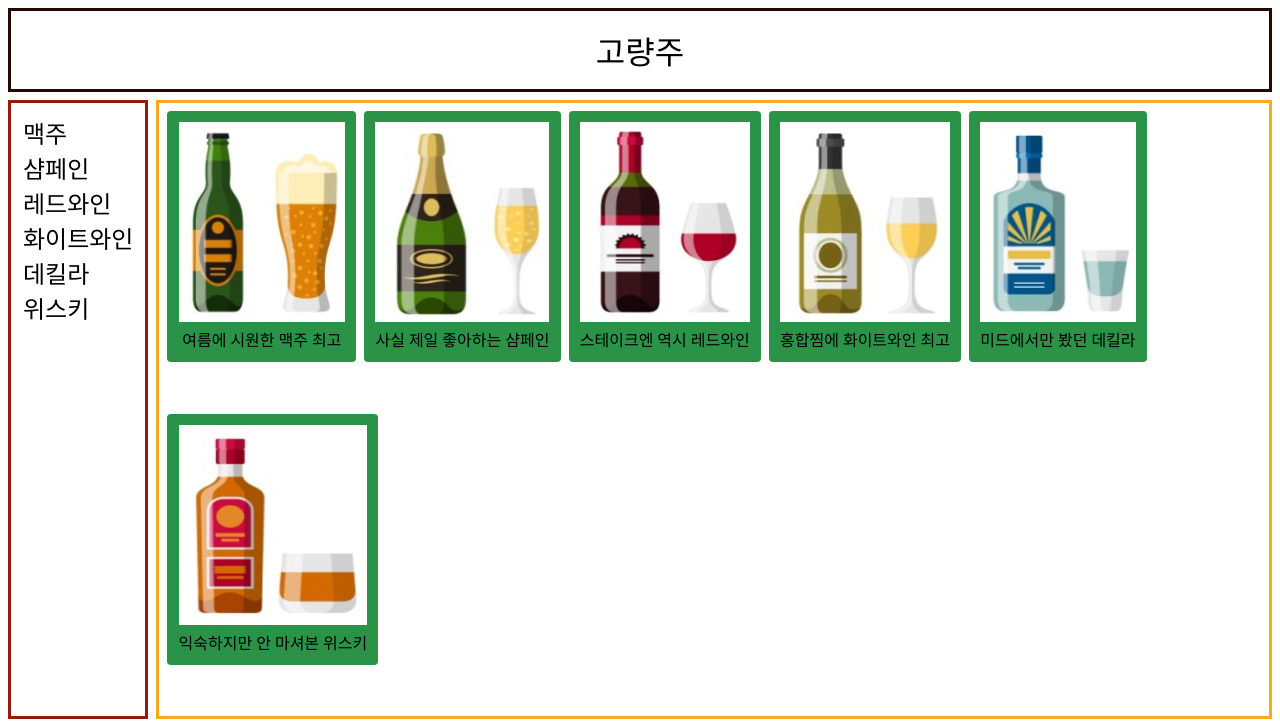
Repository: Jay-JYKim91/grj_2nd_week
Page: index.html
An editor plug-in stored every save of this project. The page is shown before and after the next save, followed by the edit.
The browser window is 1280 px wide. The pictures show the whole page.
Some web fonts or font styles are not loaded; a fallback is used.

Above is the page before, as saved 2022-05-03 14:53:13.

### index.html
<!DOCTYPE html>
<html lang="en">
<head>
    <meta charset="UTF-8">
    <meta http-equiv="X-UA-Compatible" content="IE=edge">
    <meta name="viewport" content="width=device-width, initial-scale=1.0">
    <title>Document</title>
    <link rel="stylesheet" href="./styles.css">
</head>
<body>
    <header>
        <span>고량주</span>
    </header>
    <main>
        <aside>
            <span>맥주</span>
            <span>샴페인</span>
            <span>레드와인</span>
            <span>화이트와인</span>
            <span>데킬라</span>
            <span>위스키</span>
        </aside>
        <section class="cards">
            <div class="card">
                <img src="./images/beer.png" alt="beer">
                <span>여름에 시원한 맥주 최고</span>
            </div>
            <div class="card">
                <img src="./images/champagne.png" alt="champagne">
                <span>사실 제일 좋아하는 샴페인</span>
            </div>
            <div class="card">
                <img src="./images/red_wine.png" alt="red_wine">
                <span>스테이크엔 역시 레드와인</span>
            </div>
            <div class="card">
                <img src="./images/white_wine.png" alt="white_wine">
                <span>홍합찜에 화이트와인 최고</span>
            </div>
            <div class="card">
                <img src="./images/tequila.png" alt="tequila">
                <span>미드에서만 봤던 데킬라</span>
            </div>
            <div class="card">
                <img src="./images/whiskey.png" alt="whiskey">
                <span>익숙하지만 안 마셔본 위스키</span>
            </div>
        </section>
    </main>
</body>
</html>

### styles.css
@import url("https://fonts.googleapis.com/css2?family=Hahmlet:wght@400;500&display=swap");

* {
  box-sizing: border-box;
  font-family: "Hahmlet", serif;
}

header {
  border: 3px solid #220901;
  padding: 0.5em;
  font-size: 2rem;
  text-align: center;
}

main {
  display: flex;
  margin: 0.5rem 0;
  gap: 0.5rem;
}

aside {
  display: flex;
  flex-direction: column;
  border: 3px solid #941b0c;
  padding: 0.5em;
  font-size: 1.5rem;
  min-width: max-content;
}

.cards {
  display: flex;
  flex-wrap: wrap;
  border: 3px solid #f6aa1c;
  padding: 0.5em;
  gap: 0.5em;
  overflow-y: scroll;
  height: 86vh;
  width: 100%;
}

.card {
  display: flex;
  flex-direction: column;
  background-color: #2b9348;
  padding: 0.7em;
  text-align: center;
  height: fit-content;
  border-radius: 4px;
}

.card img {
  height: 200px;
  margin-bottom: 0.3em;
}

After the next save:
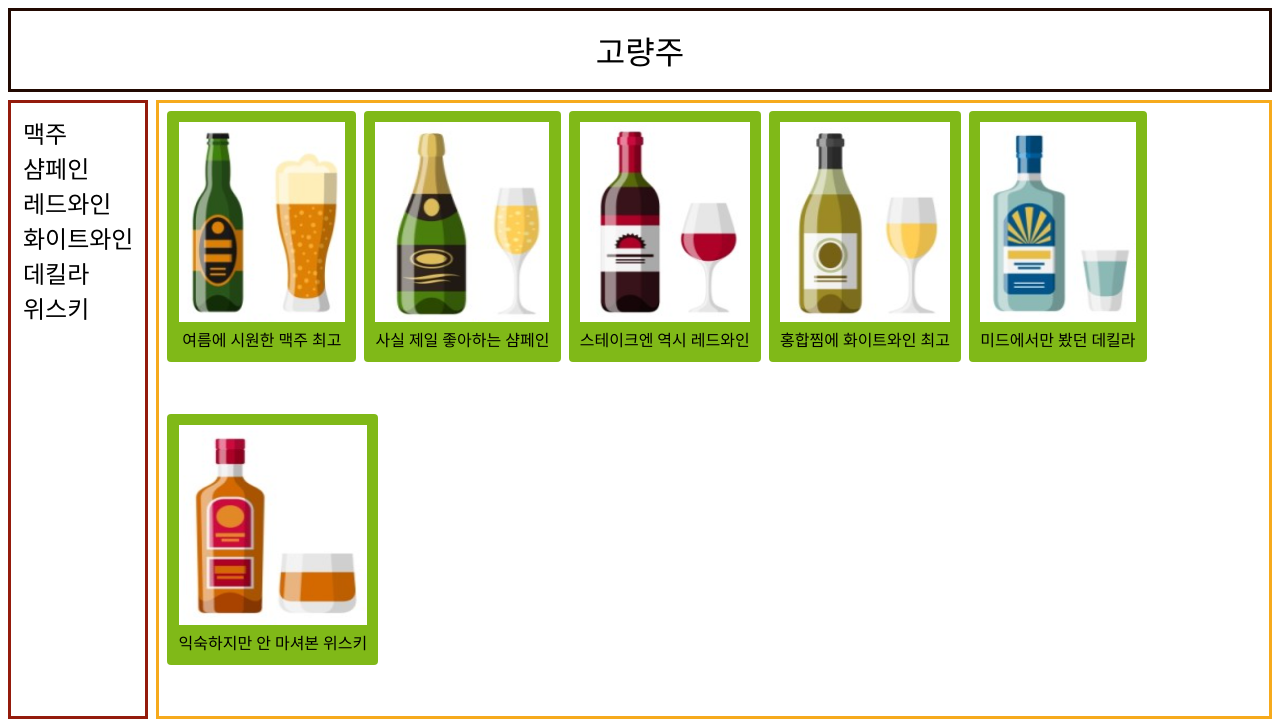
Saved 5 min 12 s later.
--- a/styles.css
+++ b/styles.css
@@ -52,3 +52,26 @@ aside {
   height: 200px;
   margin-bottom: 0.3em;
 }
+
+@media only screen and (max-width: 600px) {
+  .card {
+    background-color: #ffff3f;
+  }
+}
+/* Small devices (portrait tablets and large phones, 600px and up) */
+@media only screen and (min-width: 601px) and (max-width: 768px) {
+  .card {
+    background-color: #d4d700;
+  }
+}
+/* Medium devices (landscape tablets, 768px and up) */
+@media only screen and (min-width: 769px) and (min-width: 992px) {
+  .card {
+    background-color: #80b918;
+  }
+}
+/* Large devices (laptops/desktops, 992px and up) */
+@media only screen and (min-width: 993px) and (max-width: 1199px) {
+}
+/* Extra large devices (large laptops and desktops, 1200px and up) */
+/* @media only screen and (min-width: 1200px) {...} */
